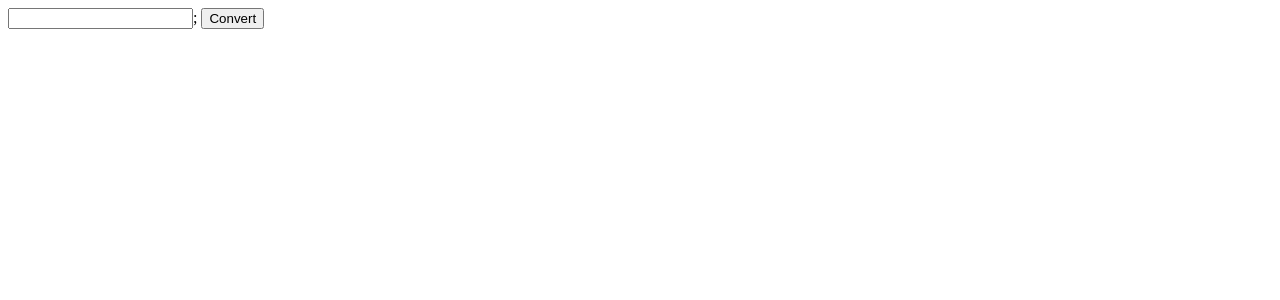
Repository: NGUYEN112/Module2
Page: http://localhost/
The author's editor kept a copy of each file at every save. The page is drawn from the files as they stood at one save, then again after the next save.
The browser window is 1280 px wide. The pictures show the whole page.
The page is run by PHP 8.4 with error messages shown; the project is at /var/www/html/.

Above is the page before, as saved 2021-01-15 10:02:36.

After the next save:
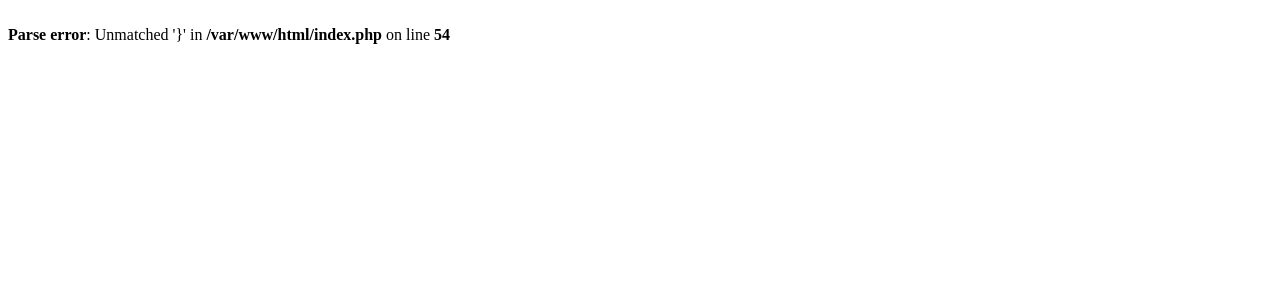
Saved 4 min 52 s later.
--- a/bai5-docso/index.php
+++ b/bai5-docso/index.php
@@ -15,7 +15,6 @@
     <?php
     if ($_SERVER["REQUEST_METHOD"] == "POST") {
         $number = $_POST["number"];
-        if($number >=10 && $number<20) {
         switch ($number) {
             case 0:
                 echo "Zero";

After the save that followed:
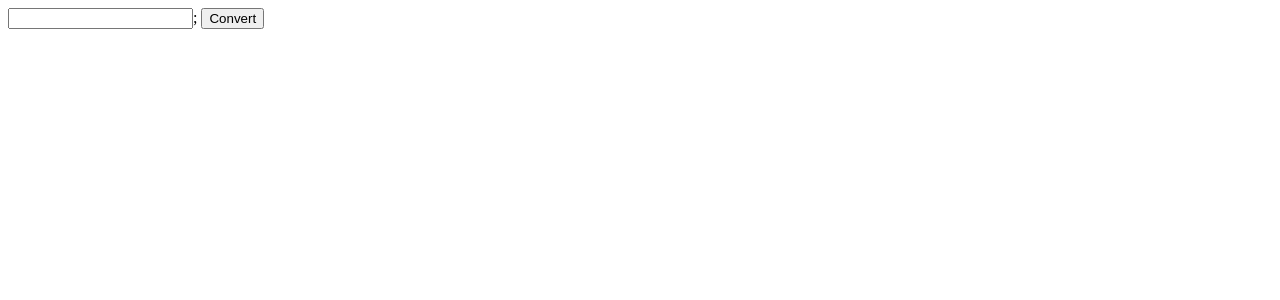
Saved 5 s later.
--- a/bai5-docso/index.php
+++ b/bai5-docso/index.php
@@ -49,7 +49,6 @@
             default:
                 echo "out of ability";
                 break;
-        }
     }
     }
     ?>
